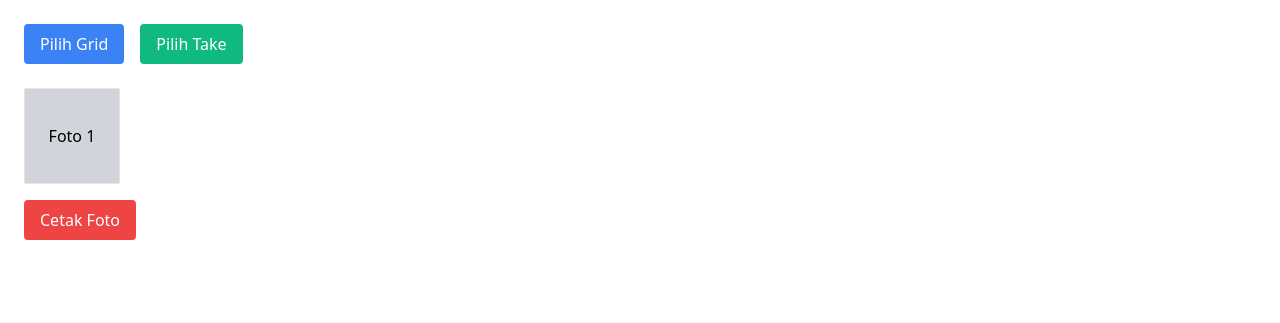
Repository: GiraldoNainggolan/Photo-Booth
Page: /
The author's editor kept a copy of each file at every save. The page is drawn from the files as they stood at one save, then again after the next save.
The browser window is 1280 px wide. The pictures show the whole page.
The page's requests for data from a server got no answer. The project was rebuilt for these pictures with package versions that can differ from the ones it lists, and the page was loaded fresh each time. No one was signed in, and anything a server would have sent is missing.

Above is the page before, as saved 2025-04-03 14:31:51.

### src/App.js
import React from "react";
import PhotoBooth from "./PhotoBooth";

function App() {
  return (
    <div className="App">
      <PhotoBooth />
    </div>
  );
}

export default App;

### src/PhotoBooth.js
import React, { useState, useRef } from "react";
import { useReactToPrint } from "react-to-print";

const PhotoBooth = () => {
  const [grid, setGrid] = useState(1); // Default 1x1
  const [takeCount, setTakeCount] = useState(1); // Default 1 take
  const [dropdownOpen, setDropdownOpen] = useState(false);
  const [takeOpen, setTakeOpen] = useState(false);
  const printRef = useRef();

  const handlePrint = useReactToPrint({
    content: () => printRef.current,
  });

  return (
    <div className="p-6">
      {/* Dropdown Pilih Grid */}
      <div className="relative inline-block text-left mr-4">
        <button
          className="bg-blue-500 text-white px-4 py-2 rounded"
          onClick={() => setDropdownOpen(!dropdownOpen)}
        >
          Pilih Grid
        </button>
        <div className={`absolute mt-2 bg-white shadow-lg rounded w-32 ${dropdownOpen ? "block" : "hidden"}`}>
          {[1, 2, 3, 4].map((g) => (
            <button
              key={g}
              onClick={() => { setGrid(g); setDropdownOpen(false); }}
              className="block px-4 py-2 hover:bg-gray-200 w-full text-left"
            >
              {g}x{g}
            </button>
          ))}
        </div>
      </div>

      {/* Dropdown Pilih Take */}
      <div className="relative inline-block text-left">
        <button
          className="bg-green-500 text-white px-4 py-2 rounded"
          onClick={() => setTakeOpen(!takeOpen)}
        >
          Pilih Take
        </button>
        <div className={`absolute mt-2 bg-white shadow-lg rounded w-32 ${takeOpen ? "block" : "hidden"}`}>
          {[1, 2, 3, 4, 5].map((t) => (
            <button
              key={t}
              onClick={() => { setTakeCount(t); setTakeOpen(false); }}
              className="block px-4 py-2 hover:bg-gray-200 w-full text-left"
            >
              {t}x Take
            </button>
          ))}
        </div>
      </div>

      {/* Grid Foto */}
      <div ref={printRef} className={`grid grid-cols-${grid} gap-2 mt-6`}>
        {Array.from({ length: grid * grid }).map((_, i) => (
          <div key={i} className="w-24 h-24 bg-gray-300 border flex items-center justify-center">
            Foto {i + 1}
          </div>
        ))}
      </div>

      {/* Tombol Cetak */}
      <button onClick={handlePrint} className="bg-red-500 text-white px-4 py-2 rounded mt-4">
        Cetak Foto
      </button>
    </div>
  );
};

export default PhotoBooth;

Loaded but not shown: public/index.html (common file); src/index.js (common file); src/index.css (common file); src/reportWebVitals.js (common file); tailwind.config.js (common file)

After the next save:
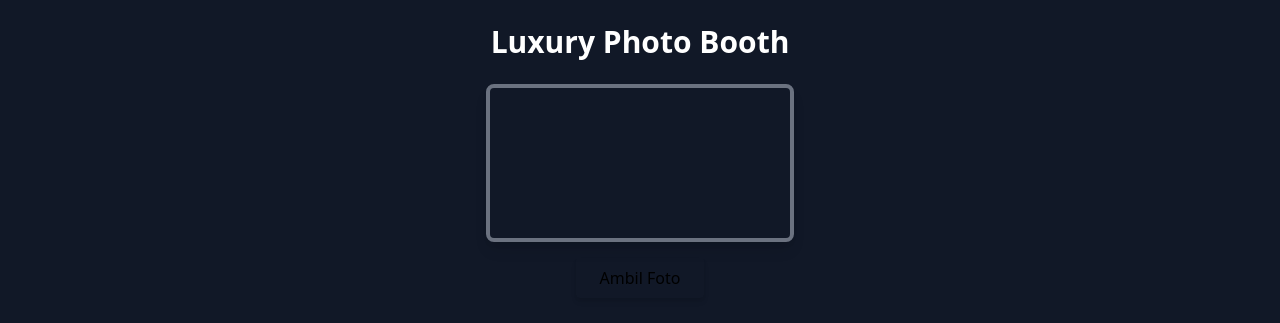
Saved 6 s later.
--- a/src/PhotoBooth.js
+++ b/src/PhotoBooth.js
@@ -1,74 +1,63 @@
-import React, { useState, useRef } from "react";
-import { useReactToPrint } from "react-to-print";
+import React, { useRef, useState } from "react";
+import Webcam from "react-webcam";
+import html2canvas from "html2canvas";
+
+const frames = [
+  "border-8 border-gold p-2", // Bingkai emas
+  "border-8 border-white p-2", // Bingkai putih
+  "border-8 border-black p-2", // Bingkai hitam
+];
 
 const PhotoBooth = () => {
-  const [grid, setGrid] = useState(1); // Default 1x1
-  const [takeCount, setTakeCount] = useState(1); // Default 1 take
-  const [dropdownOpen, setDropdownOpen] = useState(false);
-  const [takeOpen, setTakeOpen] = useState(false);
-  const printRef = useRef();
+  const webcamRef = useRef(null);
+  const [image, setImage] = useState(null);
+  const [frame, setFrame] = useState(frames[0]);
 
-  const handlePrint = useReactToPrint({
-    content: () => printRef.current,
-  });
+  const capture = () => {
+    const imageSrc = webcamRef.current.getScreenshot();
+    setImage(imageSrc);
+  };
+
+  const printImage = () => {
+    const printArea = document.getElementById("photo-result");
+    html2canvas(printArea).then((canvas) => {
+      const link = document.createElement("a");
+      link.href = canvas.toDataURL("image/png");
+      link.download = "photo-booth.png";
+      link.click();
+    });
+  };
 
   return (
-    <div className="p-6">
-      {/* Dropdown Pilih Grid */}
-      <div className="relative inline-block text-left mr-4">
-        <button
-          className="bg-blue-500 text-white px-4 py-2 rounded"
-          onClick={() => setDropdownOpen(!dropdownOpen)}
-        >
-          Pilih Grid
-        </button>
-        <div className={`absolute mt-2 bg-white shadow-lg rounded w-32 ${dropdownOpen ? "block" : "hidden"}`}>
-          {[1, 2, 3, 4].map((g) => (
-            <button
-              key={g}
-              onClick={() => { setGrid(g); setDropdownOpen(false); }}
-              className="block px-4 py-2 hover:bg-gray-200 w-full text-left"
-            >
-              {g}x{g}
-            </button>
-          ))}
+    <div className="flex flex-col items-center bg-gray-900 text-white min-h-screen p-6">
+      <h1 className="text-3xl font-bold mb-6 text-gold">Luxury Photo Booth</h1>
+      {!image ? (
+        <>
+          <Webcam ref={webcamRef} screenshotFormat="image/png" className="border-4 border-gray-500 rounded-lg shadow-lg" />
+          <button className="mt-4 bg-gold text-black px-6 py-2 rounded shadow-md hover:bg-yellow-500" onClick={capture}>
+            Ambil Foto
+          </button>
+        </>
+      ) : (
+        <div id="photo-result" className="flex flex-col items-center">
+          <div className={`rounded-lg ${frame}`}>
+            <img src={image} alt="Captured" className="rounded-lg shadow-lg" />
+          </div>
+          <div className="flex space-x-4 my-4">
+            {frames.map((f, index) => (
+              <button key={index} className={`p-2 rounded ${f}`} onClick={() => setFrame(f)}>
+                Frame {index + 1}
+              </button>
+            ))}
+          </div>
+          <button className="bg-green-500 text-white px-6 py-2 rounded shadow-md hover:bg-green-700" onClick={printImage}>
+            Cetak Foto
+          </button>
+          <button className="mt-2 bg-red-500 text-white px-6 py-2 rounded shadow-md hover:bg-red-700" onClick={() => setImage(null)}>
+            Ambil Lagi
+          </button>
         </div>
-      </div>
-
-      {/* Dropdown Pilih Take */}
-      <div className="relative inline-block text-left">
-        <button
-          className="bg-green-500 text-white px-4 py-2 rounded"
-          onClick={() => setTakeOpen(!takeOpen)}
-        >
-          Pilih Take
-        </button>
-        <div className={`absolute mt-2 bg-white shadow-lg rounded w-32 ${takeOpen ? "block" : "hidden"}`}>
-          {[1, 2, 3, 4, 5].map((t) => (
-            <button
-              key={t}
-              onClick={() => { setTakeCount(t); setTakeOpen(false); }}
-              className="block px-4 py-2 hover:bg-gray-200 w-full text-left"
-            >
-              {t}x Take
-            </button>
-          ))}
-        </div>
-      </div>
-
-      {/* Grid Foto */}
-      <div ref={printRef} className={`grid grid-cols-${grid} gap-2 mt-6`}>
-        {Array.from({ length: grid * grid }).map((_, i) => (
-          <div key={i} className="w-24 h-24 bg-gray-300 border flex items-center justify-center">
-            Foto {i + 1}
-          </div>
-        ))}
-      </div>
-
-      {/* Tombol Cetak */}
-      <button onClick={handlePrint} className="bg-red-500 text-white px-4 py-2 rounded mt-4">
-        Cetak Foto
-      </button>
+      )}
     </div>
   );
 };
